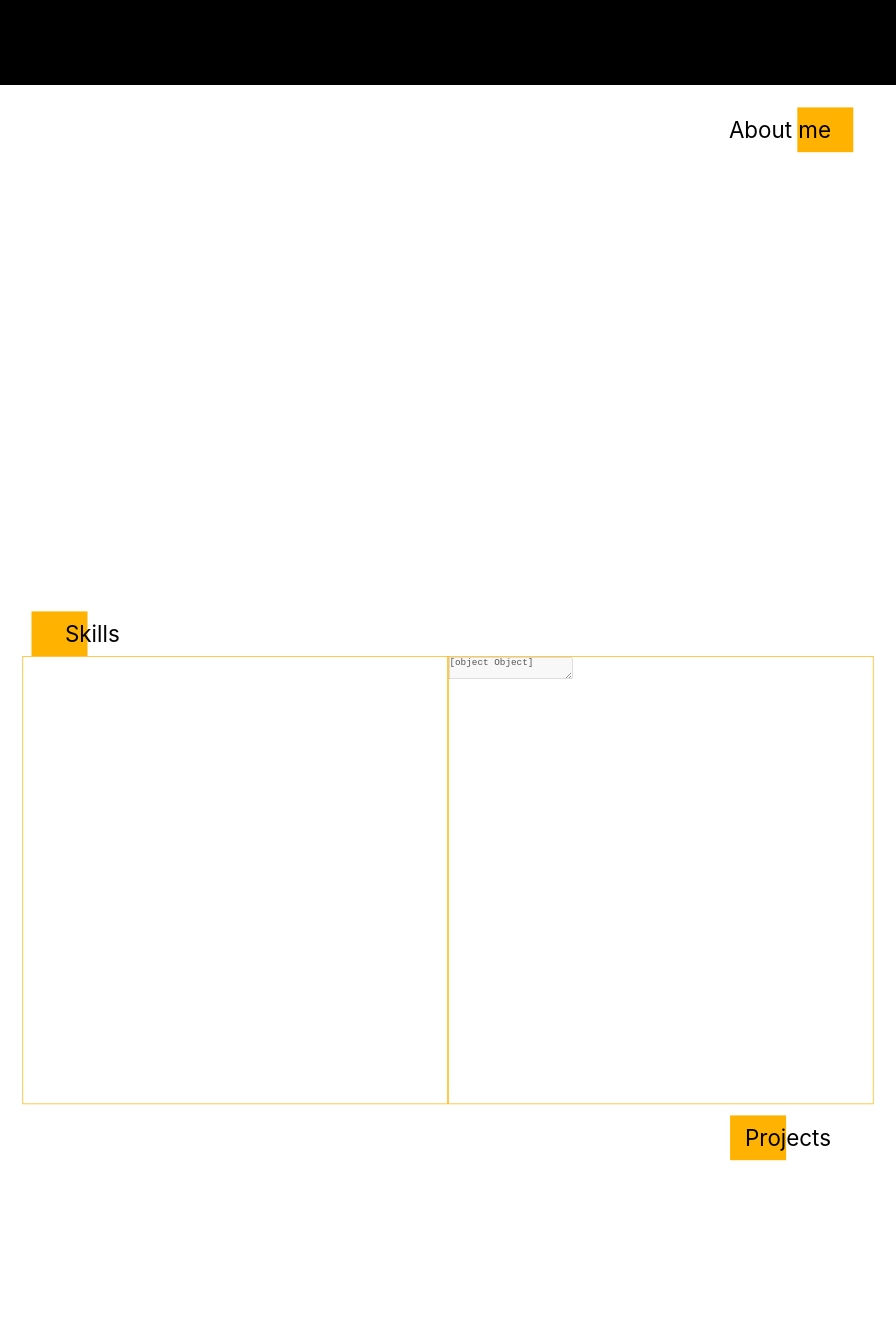
Repository: SebastianArmata22/Portfolio
Page: /
These files come from the project's save history. The page is drawn as it stood at one moment and after a run of saves; the edit follows.
The browser window is 1280 px wide. The pictures show the part of the page from y = 598 to 2518 px (the page is 3664 px tall), at 70% of full size.
The project was rebuilt for these pictures with package versions that can differ from the ones it lists, and the page was loaded fresh each time.

Above is the page before, as saved 2021-02-24 17:25:00.

### public/index.html
<!DOCTYPE html>
<html lang="en">
  <head>
    <meta charset="utf-8" />
    <link rel="icon" href="%PUBLIC_URL%/favicon.ico" />
    <meta name="viewport" content="width=device-width, initial-scale=1" />
    <meta name="theme-color" content="#000000" />
    <meta
      name="description"
      content="Web site created using create-react-app"
    />
    <link rel="apple-touch-icon" href="%PUBLIC_URL%/logo192.png" />
    <!--
      manifest.json provides metadata used when your web app is installed on a
      user's mobile device or desktop. See https://developers.google.com/web/fundamentals/web-app-manifest/
    -->
    <link rel="manifest" href="%PUBLIC_URL%/manifest.json" />
    <!--
      Notice the use of %PUBLIC_URL% in the tags above.
      It will be replaced with the URL of the `public` folder during the build.
      Only files inside the `public` folder can be referenced from the HTML.

      Unlike "/favicon.ico" or "favicon.ico", "%PUBLIC_URL%/favicon.ico" will
      work correctly both with client-side routing and a non-root public URL.
      Learn how to configure a non-root public URL by running `npm run build`.
    -->
    <title>Sebastian Armata</title>
  </head>
  <body>
    <noscript>You need to enable JavaScript to run this app.</noscript>
    <div id="root"></div>
    <!--
      This HTML file is a template.
      If you open it directly in the browser, you will see an empty page.

      You can add webfonts, meta tags, or analytics to this file.
      The build step will place the bundled scripts into the <body> tag.

      To begin the development, run `npm start` or `yarn start`.
      To create a production bundle, use `npm run build` or `yarn build`.
    -->
  </body>
</html>

### src/App.js
import './App.css'
//components
import Header from './components/header/Header'
import MainPage from './components/mainPage/MainPage'
import Skills from './components/skills/Skills'
import AboutMe from './components/aboutMe/AboutMe'
import Contact from './components/contact/Contact'
import Footer from './components/footer/Footer'
import Projects from './components/projects/Projects'

function App() {
  return (
    <div className="App">
      <header>
        <Header />
      </header>
      <main>
        <MainPage />
        <AboutMe />
        <Skills />
        <Projects />
        <Contact />
      </main>
      <footer>
        <Footer />
      </footer>
    </div>
  );
}

export default App;

### src/App.css
html, body,*{
    margin: 0;
    padding: 0;

}
*{
    box-sizing: border-box;
}

### src/components/header/Header.js
import classes from './header.module.scss'
import React from 'react'
import logo from '../../icons/logo_armata.svg'

const Header = ()=>{
    return(
        <div className={classes.header}>
            <img src={logo} alt="logo"></img>
            <ul>
                <li>About me</li>
                <li>Skills</li>
                <li>Projects</li>
                <li>Contact</li>
            </ul>
        </div>
    )
}
export default Header

### src/components/mainPage/MainPage.js
import classes from './mainPage.module.scss'
import React from 'react'

const MainPage = ()=>{
    return(
        <div className={classes.main_page_container}>
            <div>
                <p><span>Hello,</span></p>
                <p>I'm Sebastian Armata</p>
                <p>A Frontend <span>Developer</span></p>
            </div>
            <div></div>
        </div>
    )
}
export default MainPage

### src/components/skills/Skills.js
import classes from './skills.module.scss'
import React from 'react'

const Skills = ()=>{
    return(
        <div className={classes.skills}>
            <header>
                <p>Skills</p>
            </header>
            <main>
                <div></div>
                <div>
                    <div>
                        <textarea disabled>
                            <html></html>
                        </textarea>
                    </div>
                    <div>
                    </div>
                </div>
            </main>
        </div>
    )
}
export default Skills

### src/components/aboutMe/AboutMe.js
import classes from './aboutme.module.scss'
import React from 'react'

const AboutMe = ()=>{
    return(
        <div className={classes.aboutMe}>
            <header>
                <p>About me</p>
            </header>
        </div>
    )
}
export default AboutMe

### src/components/contact/Contact.js
import classes from './contact.module.scss'
import React from 'react'

const Contact = ()=>{
    return(
        <div className={classes.contact}>
        <header>
            <p>Contact</p>
        </header>
    </div>
    )
}
export default Contact

### src/components/footer/Footer.js
import classes from './footer.module.scss'
import React from 'react'

const Footer = ()=>{
    return(
        <div className={classes.footer}>
            <p>Sebastian Armata </p>
        </div>
        )
}
export default Footer

### src/components/projects/Projects.js
import classes from './projects.module.scss'
import React from 'react'

const Projects = ()=>{
    return(
        <div className={classes.projects}>
            <header>
                <p>Projects</p>
            </header>
        </div>
    )
}
export default Projects

### src/components/header/header.module.scss
@import '../../variables.scss';

.header{
    height: 5rem;
    width: 100%;
    background-color: $third-main-color;
    display: flex;
    align-items: center;
    justify-content: space-between;
    padding: 1rem;
    img{
        padding: 0 2rem;
        height: 50px;
    }
    ul{
        display: flex;
        align-items: center;
        justify-content: space-between;
        width: 50%;
        li{
            list-style: none;
            text-align: center;
            color: $second-main-color;
            width: 10rem;
            font-size: 1rem;
            cursor: pointer;
            &:hover{
                color: $first-main-color;
            }
        }
    }
}

### src/components/mainPage/mainPage.module.scss
@import '../../variables.scss';

.main_page_container{
    height: calc(100vh - 5rem);
    width: 100%;
    background-color: $third-main-color;
    @include flex-container;
    padding: 3rem;
    div{
        width: 50%;
        height: 100%;
        display: flex;
        justify-content: center;
        flex-direction: column;
    }
    p{
        color: $second-main-color;
        font-size: 2rem;
        span{
            color: $first-main-color;
            font-size: 3rem;
        }
    }
}

### src/components/skills/skills.module.scss
@import '../../variables.scss';
.skills{
    width: 100%;
    height: 100vh;
    padding: 2rem;
    header{
        @include flex-container;
        p{
            position: relative;
            font-size: 2rem;
            height: 4rem;
            width: 90%;
            display: flex;
            align-items: center;
            &::after{
                display: block;
                content: "";
                    width: 5rem;
                    height: 100%;
                    z-index: -1;
                    position: absolute;
                    top:0;
                    left: -3rem;
                    background-color: $first-main-color;
            }
        }
    }
    main{
        display: flex;
        >div{
            width: 50%;
            height: calc(100vh - 5rem);
            border: 1px solid $first-main-color;
        }
    }
}

### src/components/aboutMe/aboutme.module.scss
@import '../../variables.scss';

.aboutMe{
    width: 100%;
    height: 100vh;
    padding: 2rem;
    header{
        @include flex-container;
        p{
            position: relative;
            font-size: 2rem;
            height: 4rem;
            width: 90%;
            display: flex;
            align-items: center;
            justify-content: flex-end;
            &::after{
                display: block;
                content: "";
                    width: 5rem;
                    height: 100%;
                    z-index: -1;
                    position: absolute;
                    top:0;
                    right: -2rem;
                    background-color: $first-main-color;
            }
        }
    }
}

### src/components/contact/contact.module.scss
@import '../../variables.scss';
.contact{
    width: 100%;
    height: 100vh;
    padding: 2rem;
    header{
        @include flex-container;
        p{
            position: relative;
            font-size: 2rem;
            height: 4rem;
            width: 90%;
            display: flex;
            align-items: center;
            &::after{
                display: block;
                content: "";
                    width: 5rem;
                    height: 100%;
                    z-index: -1;
                    position: absolute;
                    top:0;
                    left: 4rem;
                    background-color: $first-main-color;
            }
        }
    }
}

### src/components/footer/footer.module.scss
@import '../../variables.scss';
.footer{
    height: 4rem;
    background-color: $first-main-color;
    @include flex-container;
    color: $second-main-color;
    font-size: 1.25rem;
}

### src/components/projects/projects.module.scss
@import '../../variables.scss';
.projects{
    width: 100%;
    height: 100vh;
    padding: 2rem;
    header{
        @include flex-container;
        p{
            position: relative;
            font-size: 2rem;
            height: 4rem;
            width: 90%;
            display: flex;
            align-items: center;
            justify-content: flex-end;
            &::after{
                display: block;
                content: "";
                    width: 5rem;
                    height: 100%;
                    z-index: -1;
                    position: absolute;
                    top:0;
                    right: 4rem;
                    background-color: $first-main-color;
            }
        }
    }
}

### src/variables.scss
$first-main-color: #FFB300;
$second-main-color: #fff;
$third-main-color:#000;
@mixin flex-container {
    display: flex;
    align-items: center;
    justify-content: center;
}

Loaded but not shown: src/index.js (common file); src/index.css (common file); src/reportWebVitals.js (common file)

After the next 2 saves:
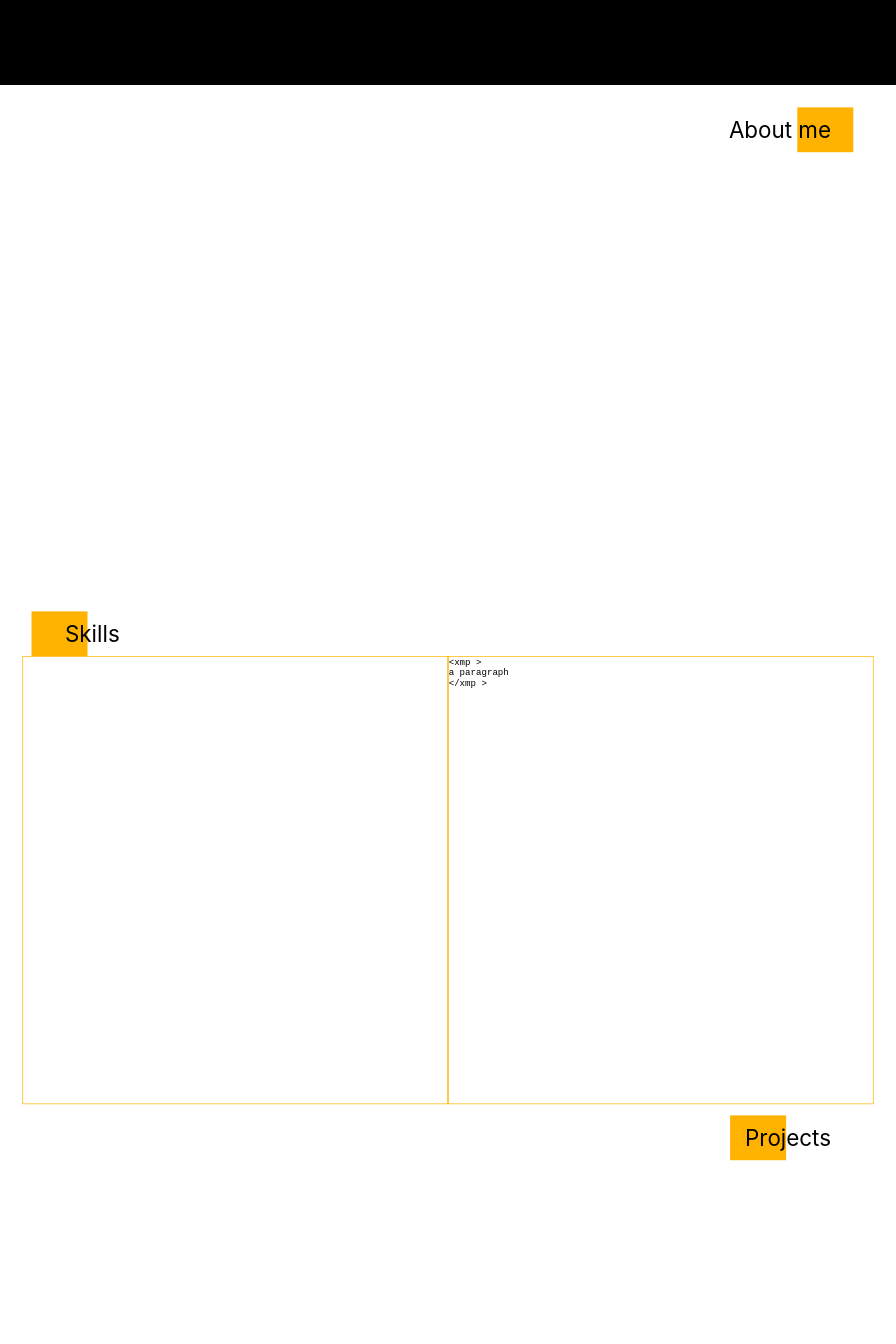
The 2 saves are shown as one change because 1 did not build or start.
The last was saved 105 s later.
--- a/src/components/skills/Skills.js
+++ b/src/components/skills/Skills.js
@@ -11,9 +11,14 @@ const Skills = ()=>{
                 <div></div>
                 <div>
                     <div>
-                        <textarea disabled>
-                            <html></html>
-                        </textarea>
+                        <xmp>
+                        &lt;xmp &gt;
+
+<p>a paragraph</p>
+
+&lt;/xmp &gt;
+
+                        </xmp>
                     </div>
                     <div>
                     </div>
